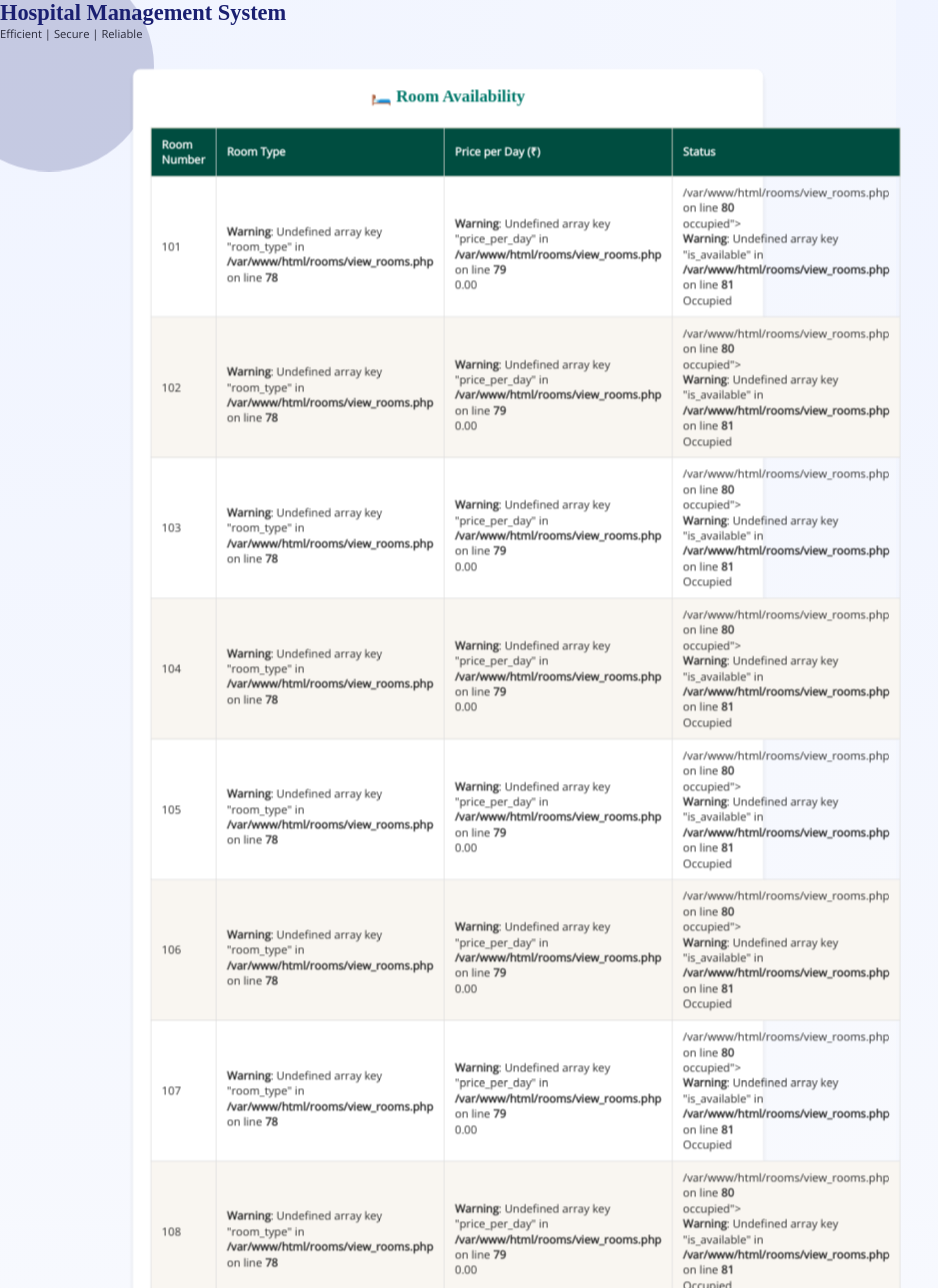
Repository: shreeshskatti/hospital_management_system
Page: http://localhost/rooms/view_rooms.php
The author's editor kept a copy of each file at every save. The page is drawn from the files as they stood at one save, then again after the next save.
The browser window is 1280 px wide. The page is 1340 px wide, so the pictures cover 1340 px, including what lies to the right of the window. The pictures show the part of the page from y = 0 to 1840 px (the page is 3238 px tall before and 1060 px after), at 70% of full size.
Some web fonts or font styles are not loaded; a fallback is used. The page is run by PHP 8.4 with error messages shown; the project is at /var/www/html/. The database holds what the project's SQL file puts in it.

Above is the page before, as saved 2025-05-30 11:30:09.

### rooms/view_rooms.php
<?php
include '../includes/db.php';

// Fetch all rooms ordered by room number
$query = "SELECT * FROM rooms ORDER BY room_number ASC";
$result = $conn->query($query);
?>

<!DOCTYPE html>
<html lang="en">
<head>
  <meta charset="UTF-8" />
  <title>Room Availability - Hospital Management System</title>
  <link rel="stylesheet" href="../css/style.css" />
  <style>
    .container {
      max-width: 900px;
      margin: 40px auto;
      padding: 25px;
      background: white;
      border-radius: 10px;
      box-shadow: 0 4px 8px rgba(0,0,0,0.1);
      text-align: center;
    }
    h2 {
      color: #00796B;
      margin-bottom: 30px;
    }
    table {
      width: 100%;
      border-collapse: collapse;
      font-size: 16px;
    }
    th, td {
      padding: 12px 15px;
      border: 1px solid #ddd;
    }
    th {
      background-color: #004D40;
      color: white;
    }
    tr:nth-child(even) {
      background-color: #f0f9f8;
    }
    .available {
      color: green;
      font-weight: bold;
    }
    .occupied {
      color: red;
      font-weight: bold;
    }
  </style>
</head>
<body>

  <header>
    <h1>Hospital Management System</h1>
    <p>Efficient | Secure | Reliable</p>
  </header>

  <div class="container">
    <h2>🛏️ Room Availability</h2>
    <table>
      <thead>
        <tr>
          <th>Room Number</th>
          <th>Room Type</th>
          <th>Price per Day (₹)</th>
          <th>Status</th>
        </tr>
      </thead>
      <tbody>
        <?php if ($result->num_rows > 0): ?>
          <?php while($row = $result->fetch_assoc()): ?>
          <tr>
            <td><?= htmlspecialchars($row['room_number']) ?></td>
            <td><?= htmlspecialchars($row['room_type']) ?></td>
            <td><?= number_format($row['price_per_day'], 2) ?></td>
            <td class="<?= $row['is_available'] ? 'available' : 'occupied' ?>">
              <?= $row['is_available'] ? 'Available' : 'Occupied' ?>
            </td>
          </tr>
          <?php endwhile; ?>
        <?php else: ?>
          <tr><td colspan="4">No rooms found.</td></tr>
        <?php endif; ?>
      </tbody>
    </table>
  </div>

  <footer>
    &copy; <?= date('Y') ?> Hospital Management System. All rights reserved.
  </footer>

</body>
</html>

### includes/db.php
<?php
$host = 'localhost';
$user = 'root';
$pass = '';
$dbname = 'hospital_management_system';  // must match your DB name

$conn = new mysqli($host, $user, $pass, $dbname);

if ($conn->connect_error) {
    die("Connection failed: " . $conn->connect_error);
}
?>

### css/style.css
@import url('https://fonts.googleapis.com/css2?family=Merriweather&family=Open+Sans&display=swap');

* {
  margin: 0;
  padding: 0;
  box-sizing: border-box;
}

body {
  background: radial-gradient(circle at top left, #f0f4ff, #fdfdfd);
  font-family: 'Open Sans', sans-serif;
  color: #2E2E2E;
  min-height: 100vh;
  position: relative;
  overflow-x: hidden;
}

/* Background floating shapes */
body::before, body::after {
  content: '';
  position: absolute;
  border-radius: 50%;
  opacity: 0.2;
  z-index: 0;
  pointer-events: none;
  animation: float 10s ease-in-out infinite;
}

body::before {
  width: 300px;
  height: 300px;
  background: #1A1F71;
  top: -80px;
  left: -80px;
}

body::after {
  width: 200px;
  height: 200px;
  background: #C9B037;
  bottom: -60px;
  right: -60px;
}

@keyframes float {
  0%, 100% { transform: translateY(0px); }
  50% { transform: translateY(25px); }
}

h1, h2, h3 {
  font-family: 'Merriweather', serif;
  color: #1A1F71;
  z-index: 1;
  position: relative;
}

.container {
  max-width: 900px;
  margin: 60px auto;
  padding: 40px 30px;
  background-color: rgba(255, 255, 255, 0.9);
  backdrop-filter: blur(10px);
  border-radius: 16px;
  box-shadow: 0 12px 30px rgba(0,0,0,0.1);
  position: relative;
  z-index: 1;
}

button {
  background-color: #1A1F71;
  color: #F9F6F1;
  border: none;
  padding: 14px 28px;
  font-size: 16px;
  border-radius: 8px;
  cursor: pointer;
  font-weight: 600;
  transition: background-color 0.3s ease, color 0.3s ease;
}

button:hover {
  background-color: #C9B037;
  color: #1A1F71;
}

input, select {
  width: 100%;
  padding: 12px;
  margin-top: 10px;
  margin-bottom: 22px;
  border: 1.5px solid #D3D3D3;
  border-radius: 8px;
  font-size: 16px;
  transition: all 0.3s ease;
  background-color: #fafafa;
}

input:focus, select:focus {
  border-color: #C9B037;
  outline: none;
  box-shadow: 0 0 8px rgba(201, 176, 55, 0.5);
  background-color: white;
}

table {
  width: 100%;
  border-collapse: collapse;
  margin-top: 30px;
  font-size: 15px;
}

th, td {
  padding: 14px;
  border: 1px solid #D3D3D3;
  text-align: left;
}

thead {
  background-color: #C9B037;
  color: white;
}

tbody tr:nth-child(even) {
  background-color: #F9F6F1;
}

/* Links and interactions */
a {
  color: #1A1F71;
  text-decoration: none;
  transition: color 0.3s;
  font-weight: bold;
}

a:hover {
  color: #C9B037;
  text-decoration: underline;
}

/* Danger red alert button */
.btn-danger {
  background-color: #d32f2f;
  color: #fff;
  border: none;
  padding: 14px 28px;
  font-size: 16px;
  border-radius: 8px;
  cursor: pointer;
  font-weight: 700;
  transition: background-color 0.3s ease, color 0.3s ease;
}

.btn-danger:hover {
  background-color: #b71c1c;
  color: #fff;
}

### hospital_management_system.sql (the tables this page reads)
CREATE TABLE `rooms` (
  `room_id` int(11) NOT NULL,
  `room_number` varchar(50) NOT NULL,
  `type` varchar(50) DEFAULT NULL,
  `status` varchar(50) DEFAULT 'Available'
) ENGINE=InnoDB DEFAULT CHARSET=utf8mb4 COLLATE=utf8mb4_general_ci;

INSERT INTO `rooms` (`room_id`, `room_number`, `type`, `status`) VALUES
(1, '101', 'General', 'Available'),
(2, '102', 'ICU', 'Occupied'),
(3, '103', 'Deluxe', 'Available'),
(4, '104', 'General', 'Occupied'),
(5, '105', 'Deluxe', 'Available'),
(6, '106', 'General', 'Available'),
(7, '107', 'ICU', 'Occupied'),
(8, '108', 'Deluxe', 'Available'),
(9, '109', 'General', 'Available'),
(10, '110', 'ICU', 'Occupied'),
(11, '111', 'General', 'Available'),
(12, '112', 'Deluxe', 'Occupied'),
(13, '113', 'General', 'Available'),
(14, '114', 'ICU', 'Available');

ALTER TABLE `rooms`
  ADD PRIMARY KEY (`room_id`);

ALTER TABLE `rooms`
  MODIFY `room_id` int(11) NOT NULL AUTO_INCREMENT, AUTO_INCREMENT=15;

After the next save:
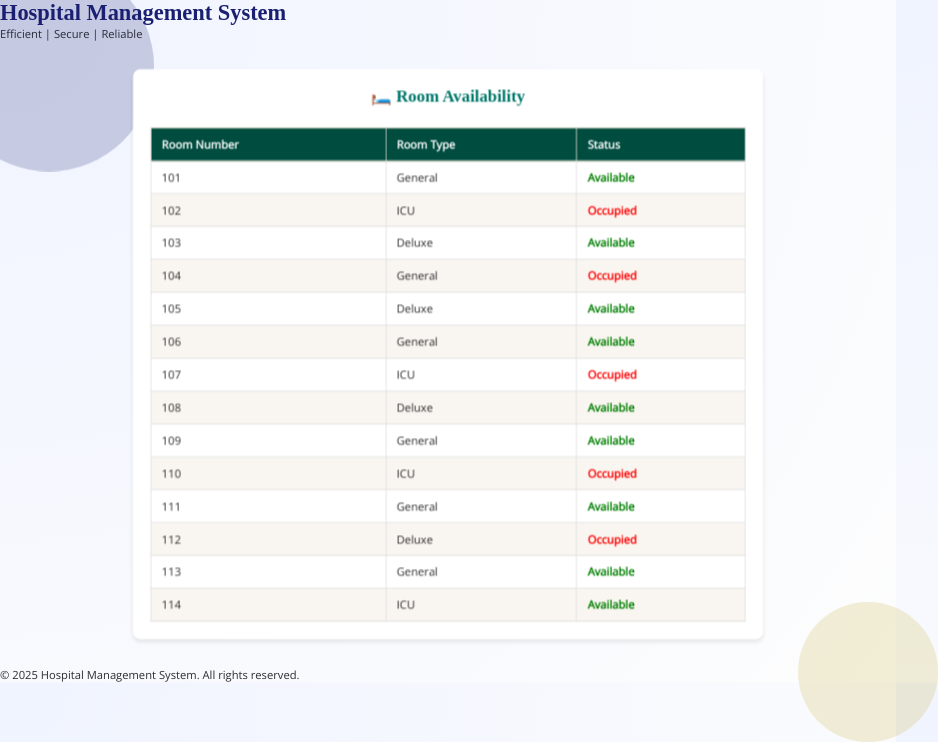
Saved 41 min 14 s later.
--- a/rooms/view_rooms.php
+++ b/rooms/view_rooms.php
@@ -66,7 +66,6 @@ $result = $conn->query($query);
         <tr>
           <th>Room Number</th>
           <th>Room Type</th>
-          <th>Price per Day (₹)</th>
           <th>Status</th>
         </tr>
       </thead>
@@ -75,15 +74,14 @@ $result = $conn->query($query);
           <?php while($row = $result->fetch_assoc()): ?>
           <tr>
             <td><?= htmlspecialchars($row['room_number']) ?></td>
-            <td><?= htmlspecialchars($row['room_type']) ?></td>
-            <td><?= number_format($row['price_per_day'], 2) ?></td>
-            <td class="<?= $row['is_available'] ? 'available' : 'occupied' ?>">
-              <?= $row['is_available'] ? 'Available' : 'Occupied' ?>
+            <td><?= htmlspecialchars($row['type']) ?></td>
+            <td class="<?= strtolower($row['status']) == 'available' ? 'available' : 'occupied' ?>">
+              <?= htmlspecialchars($row['status']) ?>
             </td>
           </tr>
           <?php endwhile; ?>
         <?php else: ?>
-          <tr><td colspan="4">No rooms found.</td></tr>
+          <tr><td colspan="3">No rooms found.</td></tr>
         <?php endif; ?>
       </tbody>
     </table>
